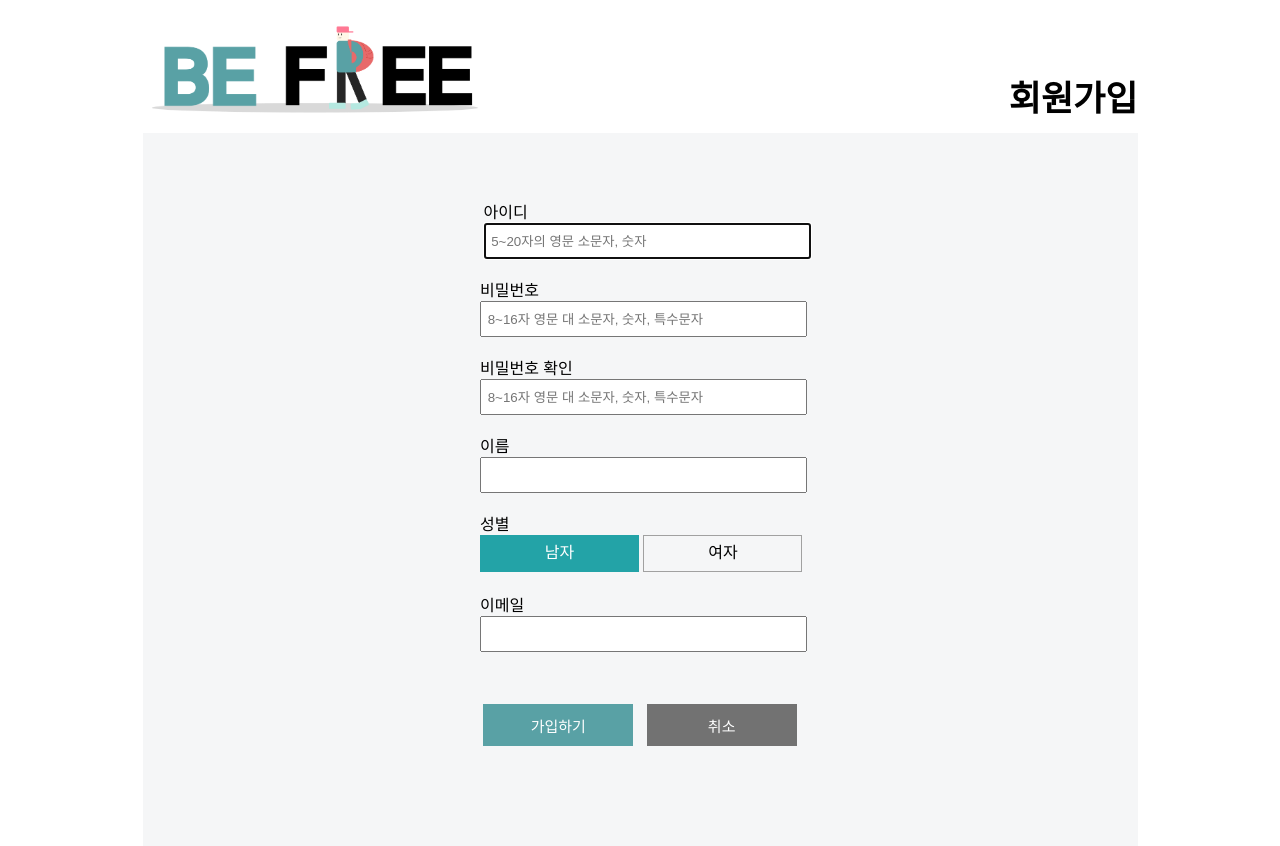
Repository: 1912087/Klavier_Piano
Page: http://localhost/notice/join.jsp
These files come from the project's save history. The page is drawn as it stood at one moment and after a run of saves; the edit follows.
The browser window is 1280 px wide. The pictures show the whole page.
Some web fonts or font styles are not loaded; a fallback is used. The page is served by Tomcat 9. Other server files are loaded and not shown.

Above is the page before, as saved 2021-11-08 20:23:30.

### Notice/notice/WebContent/join.jsp
<%@ page language="java" contentType="text/html; charset=EUC-KR"
    pageEncoding="EUC-KR"%>
<!DOCTYPE html>
<html>
    <head>
        <meta charset="UTF-8">
        <title>BE FREE</title>
        <script src ="https://cdnjs.cloudflare.com/ajax/libs/jquery/3.3.1/jquery.js"></script>
        <link href="https://fonts.googleapis.com/css?family=Bungee+Inline&display=swap" rel="stylesheet">
        <link href="https://fonts.googleapis.com/css2?family=Varela+Round&display=swap" rel="stylesheet">

        <link rel="preconnect" href="https://fonts.googleapis.com">
        <link rel="preconnect" href="https://fonts.gstatic.com" crossorigin>
        <link href="https://fonts.googleapis.com/css2?family=Gowun+Dodum&display=swap" rel="stylesheet">

        <style>
            body{font-family: 'Gowun Dodum', sans-serif;}
            ul {list-style-type: none;}
            a {text-decoration: none; color:black;}
            input {height:30px; width: 319px;}

            .all {
                padding-top:15px;
                margin:0 auto;
                width:995px;
            }
            .logo{
                display: flex;
                width: 341px;
                float: left;
            }
            .aa {
                /*height:1200px;*/
                background-color: #f5f6f7;
                padding-top: 50px;
                position: relative;
                top: 110px;
                padding-bottom: 100px;
            }

            h2 {
                font-size: 35px;
                margin: 0px;
                float: right;
                text-align: right;
                z-index: -1000;
                width: 200px;
                margin-top: 47px;
            }

            .aa li, .a2 div { margin-left:50px;}

            .a2 {
                width:500px;
                margin:0 auto;

            }
            .btn {text-align: center;}
            .ch {position: relative; top:-10px;}
            .btn1{
                background-color: rgb(89, 161, 165);
                width: 150px;
                height: 42px;
                border: none;
                font-family: 'Gowun Dodum', sans-serif;
                color: white;
                font-size: 15px;
            }
            .btn1 a{color: white; font-family: 'Gowun Dodum', sans-serif; font-size: 15px;}
            .btn2{
                background-color: rgb(114, 114, 114);
                width: 150px;
                height: 42px;
                border: none;
            }
            .btn2 a{color: white; font-family: 'Gowun Dodum', sans-serif; font-size: 15px;}

			.checking{height: 20px; width: 20px;}

            .btn-primary input[type="radio"] {
                display: none;
            }
            .btn-primary input[type="radio"] + span{
                display:inline-block;
                background:none;
                border:1px solid #a1a1a1;
                padding:0px 10px;
                text-align:center;
                height:35px;
                line-height:33px;
                font-weight:500;
                cursor:pointer;
                width: 137px;
                margin-bottom: 20px;
            }

            .btn-primary input[type="radio"]:checked + span{
                border:1px solid #23a3a7;
                background:#23a3a7;
                color:#fff;
            }

        </style>
        <script type="text/javascript">
            $(function(){
                $('.btn1').click(function(){
                    var id = document.getElementById('ID').value;
                    var pw = document.getElementById('PW').value;
                    var pwchk = document.getElementById('PWchk').value;
                    var name = document.getElementById('name').value;
                    var email = document.getElementById('email').value;
                    var terms1 = $("#check1").is(':checked');

                    if(id ==""){
                        alert("아이디를 입력하세요");
                        id.focus();
                        exit;

                    }else if(pw ==""){
                        alert("비밀번호를 입력하세요");
                        pw.focus();
                        exit;

                    }else if(pwchk==""){
                        alert("비밀번호확인을 입력하세요");
                        pwchk.focus();
                        exit;
                    }else if(name==""){
                        alert("이름을 입력하세요");
                        name.focus();
                        exit;
                    }
                    if(email==""){
                        alert("이메일을 입력하세요");
                        document.join.email.focus();
                        exit;
                    }
                    if(pw!=pwchk){
                        alert("입력한 2개의 비밀번호가 일치하지 않습니다.");
                        document.join.pw.focus();
                        exit;
                    }
                    if(id.length<5 || id.length>20){
                        alert("아이디는 5자이상 20자이하로 입력해주세요.");
                        document.join.id.focus();
                        exit;
                    }
                    if(!CheckEmail(email)){
                        alert("이 메일형식이 올바르지 않습니다.");
                        document.join.email.focus();
                        exit;
                    }
                });

                // 이메일이 잘못되었는지 확인하는 함수
                function CheckEmail(str)
                {
                    var reg_email = /^([0-9a-zA-Z_\.-]+)@([0-9a-zA-Z_-]+)(\.[0-9a-zA-Z_-]+){1,2}$/;
                    if(!reg_email.test(str)) {
                        return false;
                    }
                    else {
                        return true;
                    }

                }
            });

        </script>
    </head>
    <body>
        <div class="all">
            <header>
                <div class="name">
                    <a href="main.html"><img class="logo" src="images/BE_FREE.png"></a>
                    <h2>회원가입</h2>
                </div>
            </header>

            <form method="post" action="joinAction.jsp">
                <div class="aa">
                    <div class="a2">
                        <ul>
                            <li><label>아이디</label><br><input type="id" size="43" id="ID" name="userID" placeholder=" 5~20자의 영문 소문자, 숫자" autofocus required></li><br>
                            <li><label>비밀번호</label><br><input type="password" id="PW" name="userPassword" size="43" placeholder=" 8~16자 영문 대 소문자, 숫자, 특수문자"required></li><br>
                            <li><label>비밀번호 확인</label><br><input type="password" id="PWchk" size="43" placeholder=" 8~16자 영문 대 소문자, 숫자, 특수문자"required></li><br>
                            <li><label>이름</label><br><input type="name" name="userName" id="name" size="43"required></li><br>
                            <li>
                                <label>성별</label><br>
                                <label class="btn btn-primary active">
                                    <input type="radio" name="userGender" autocomplete="off" vlaue="남자" checked><span>남자</span>
                                </label>
                                <label class="btn btn-primary active">
                                    <input type="radio" name="userGender" autocomplete="off" vlaue="여자" ><span>여자</span>
                                </label>
                            </li>
                            <li><label>이메일</label><br><input type="email" id="email" name="userEmail" size="43" class="userEmail"></li><br>
                        </ul>
                    </div>
                    <br>
                    <div class="btn">
                        <button class="btn1">가입하기</button> &nbsp;
                        <button class="btn2"><a href="main.html">취소</a></button>
                    </div>
                </div>
            </form>
        </div>
    </body>
</html>

After the next 2 saves:
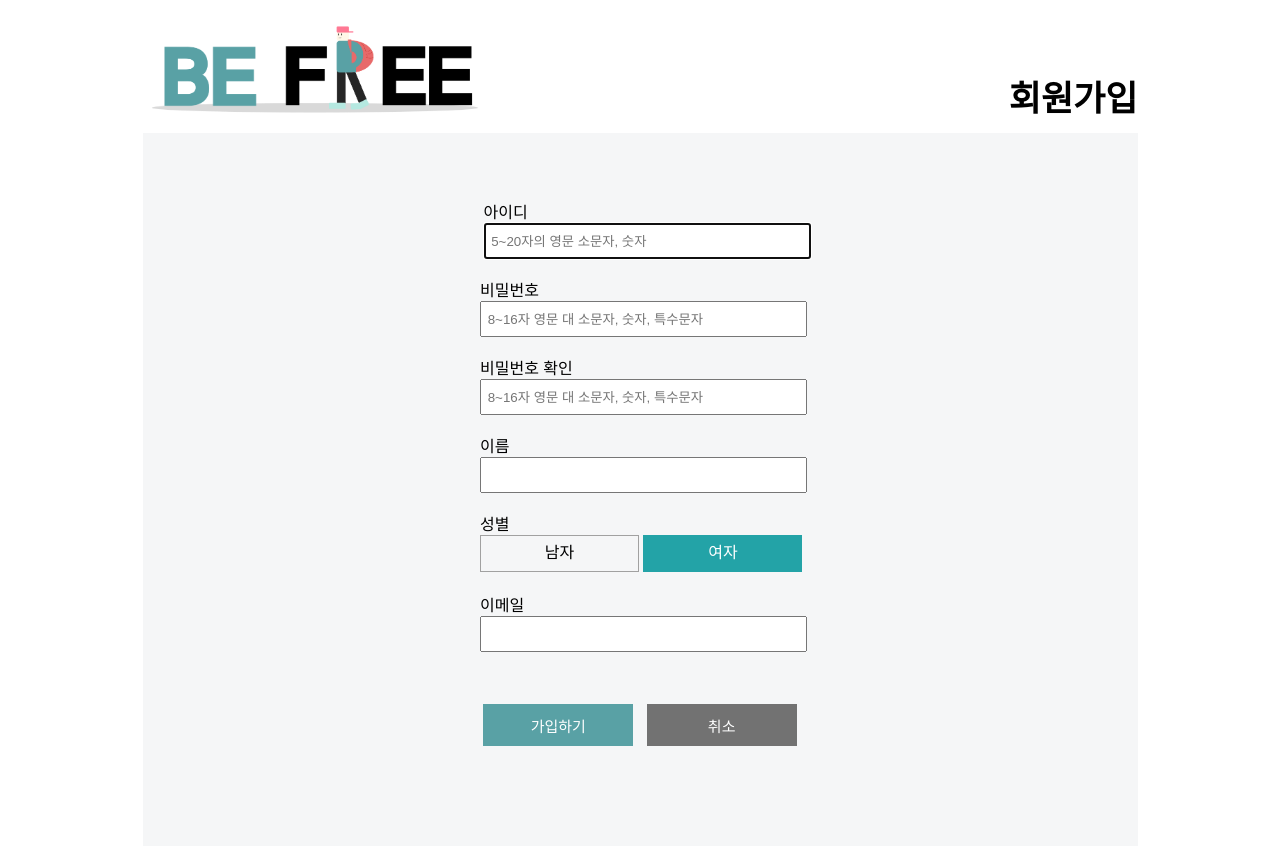
The 2 saves are shown as one change because they came seconds apart.
The last was saved 2 min 40 s later.
--- a/Notice/notice/WebContent/join.jsp
+++ b/Notice/notice/WebContent/join.jsp
@@ -191,7 +191,7 @@
                                     <input type="radio" name="userGender" autocomplete="off" vlaue="남자" checked><span>남자</span>
                                 </label>
                                 <label class="btn btn-primary active">
-                                    <input type="radio" name="userGender" autocomplete="off" vlaue="여자" ><span>여자</span>
+                                    <input type="radio" name="userGender" autocomplete="off" vlaue="여자" checked><span>여자</span>
                                 </label>
                             </li>
                             <li><label>이메일</label><br><input type="email" id="email" name="userEmail" size="43" class="userEmail"></li><br>
